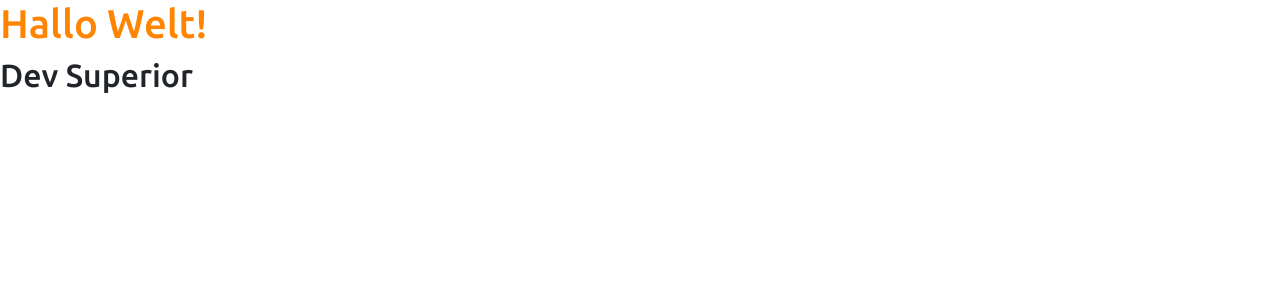
Repository: crdpc/projeto-sds3
Page: / (app in frontend/)
The author's editor kept a copy of each file at every save. The page is drawn from the files as they stood at one save, then again after a run of saves.
The browser window is 1280 px wide. The pictures show the whole page.
The project was rebuilt for these pictures with package versions that can differ from the ones it lists, and the page was loaded fresh each time.

Above is the page before, as saved 2021-05-04 19:59:43.

After the next 4 saves:
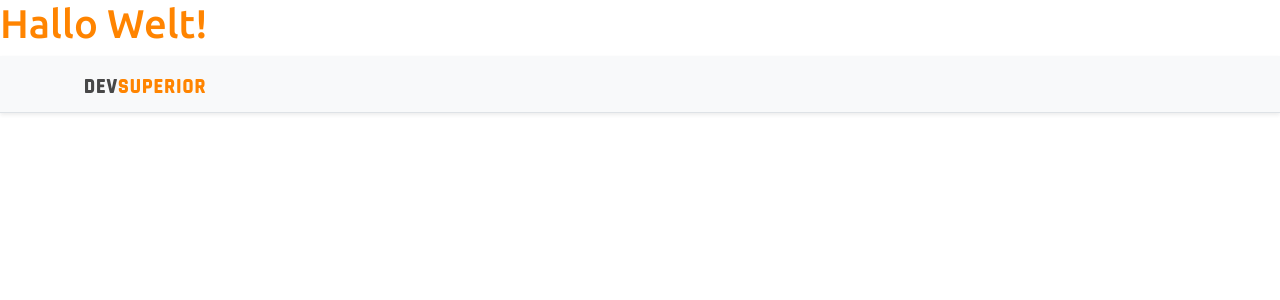
The 4 saves are shown as one change because 3 did not build or start.
The last was saved 6 min 9 s later.
--- a/frontend/src/components/NavBar/index.tsx
+++ b/frontend/src/components/NavBar/index.tsx
@@ -1,7 +1,14 @@
+import ImgDsDark from 'assets/img/ds-dark.svg';
 function NavBar() {
     return (
         <div>
-            <h2> Dev Superior</h2>
+            <div className="d-flex flex-column flex-md-row align-items-center p-3 px-md-4 mb-3 bg-light border-bottom shadow-sm">
+                <div className="container">
+                    <nav className="my-2 my-md-0 mr-md-3">
+                        <img src={ImgDsDark} alt="DevSuperior" width="120" />
+                    </nav>
+                </div>
+            </div>
         </div>
     );
 }
